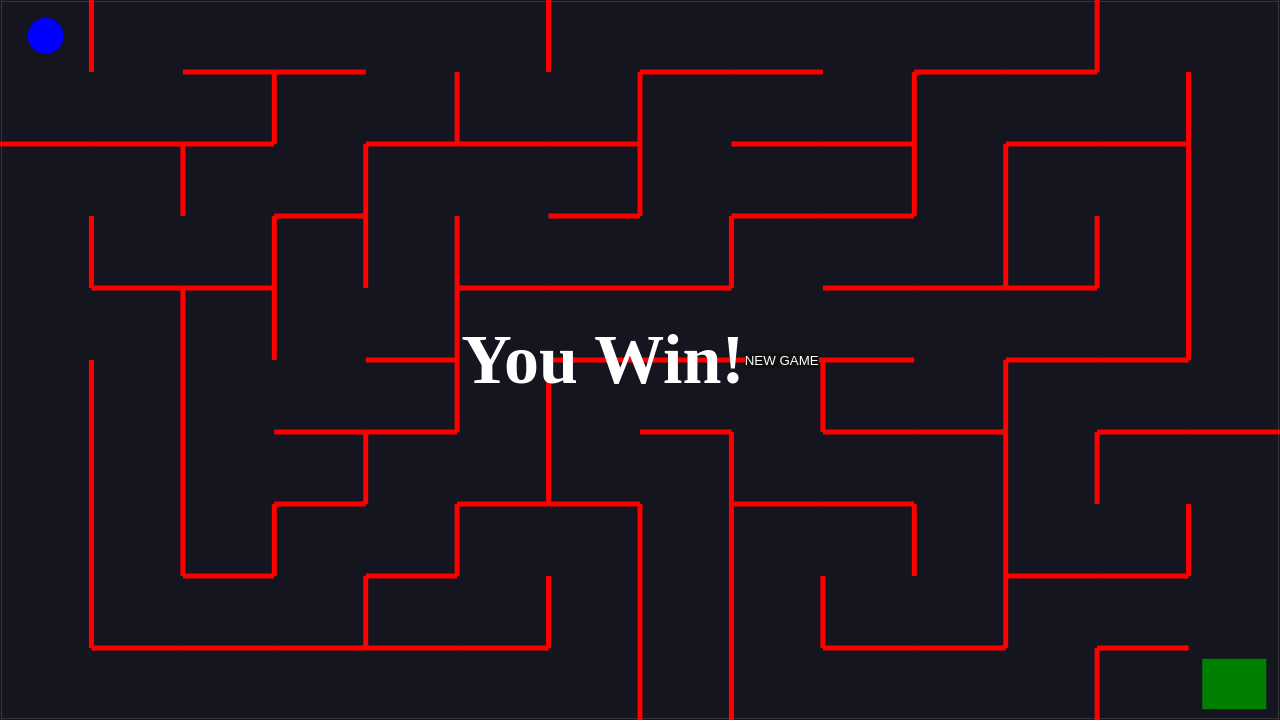
Repository: zhapar/JS-Bootcamp
Page: 3. Maze/index.html
The author's editor kept a copy of each file at every save. The page is drawn from the files as they stood at one save, then again after the next save.
The browser window is 1280 px wide. The pictures show the whole page.
Some web libraries are served in a nearby version.

Above is the page before, as saved 2020-07-17 18:12:41.

### 3. Maze/index.html
<!DOCTYPE html>
<html lang="en">
  <head>
    <meta charset="UTF-8" />
    <meta name="viewport" content="width=device-width, initial-scale=1.0" />
    <script
      src="https://cdnjs.cloudflare.com/ajax/libs/matter-js/0.14.2/matter.min.js"
      integrity="sha512-pi0tSRZdlNRZeANPwdAIHRAYg6gZZV6QlAiyHXn5TYqLzBKE9jlttO/QgYLMhISD6oNv2kPsVelx+n5nw0FqKA=="
      crossorigin="anonymous"
    ></script>
    <title>Maze</title>
    <style>
      * {
        margin: 0;
        padding: 0;
        overflow: hidden;
      }

      /* .hidden {
        display: none !important;
      } */

      .winner {
        display: flex;
        justify-content: center;
        align-items: center;
        position: absolute;
        height: 100vh;
        width: 100vw;
        z-index: 1;
      }

      h1 {
        display: block;
        color: #fff;
        font-size: 70px;
      }

      .restart {
        display: block;
        border: none;
        background-color: #111;
        color: #fff;
      }
    </style>
  </head>

  <body>
    <div class="winner hidden">
      <h1>You Win!</h1>
      <button class="restart">NEW GAME</button>
    </div>
    <script src="app.js"></script>
  </body>
</html>

### 3. Maze/app.js
const {
  Engine,
  Render,
  Runner,
  World,
  Bodies,
  Body,
  Events,
  // Mouse, *For  mouse*
  // MouseConstraint,
} = Matter;

const cellsHorizontal = 14;
const cellsVertical = 10;
const width = window.innerWidth;
const height = window.innerHeight;

const unitLengthX = width / cellsHorizontal;
const unitLengthY = height / cellsVertical;

const engine = Engine.create();

// Remove grvity from y axis
engine.world.gravity.y = 0;

const { world } = engine;
const render = Render.create({
  element: document.body,
  engine: engine,
  options: {
    wireframes: false,
    width,
    height,
  },
});

Render.run(render);
Runner.run(Runner.create(), engine);

//  ** To move shapes with mouse **
// World.add(
//   world,
//   MouseConstraint.create(engine, {
//     mouse: Mouse.create(render.canvas),
//   })
// );

// Walls
const walls = [
  Bodies.rectangle(width / 2, 0, width, 2, { isStatic: true }),
  Bodies.rectangle(width / 2, height, width, 2, { isStatic: true }),
  Bodies.rectangle(0, height / 2, 2, height, { isStatic: true }),
  Bodies.rectangle(width, height / 2, 2, height, { isStatic: true }),
];
World.add(world, walls);

// To create a random shapes
// for (let i = 0; i < 50; i++) {
//   if (Math.random() > 0.5) {
//     World.add(
//       world,
//       Bodies.rectangle(Math.random() * width, Math.random() * height, 50, 50)
//     );
//   } else {
//     World.add(
//       world,
//       Bodies.circle(Math.random() * width, Math.random() * height, 35, {
//         render: {
//           fillStyle: "red",
//         },
//       })
//     );
//   }
// }

// Maze generation

const shuffle = (arr) => {
  let counter = arr.length;

  while (counter > 0) {
    const index = Math.floor(Math.random() * counter);

    counter--;

    const temp = arr[counter];
    arr[counter] = arr[index];
    arr[index] = temp;
  }

  return arr;
};

const grid = Array(cellsVertical)
  .fill(null)
  .map(() => Array(cellsHorizontal).fill(false));

const verticals = Array(cellsVertical)
  .fill(null)
  .map(() => Array(cellsHorizontal - 1).fill(false));

const horizontals = Array(cellsVertical - 1)
  .fill(null)
  .map(() => Array(cellsHorizontal).fill(false));

const startRow = Math.floor(Math.random() * cellsVertical);
const startColumn = Math.floor(Math.random() * cellsHorizontal);

const stepThroughCell = (row, column) => {
  // If i have visited the cell at [row, column], then return
  if (grid[row][column]) {
    return;
  }

  // Mark this cell as being visited
  grid[row][column] = true;

  // Assemble randomly-ordered lisy of neighbors
  const neighbors = shuffle([
    [row - 1, column, "up"],
    [row, column + 1, "right"],
    [row + 1, column, "down"],
    [row, column - 1, "left"],
  ]);

  // For each neighbor
  for (let neighbor of neighbors) {
    const [nextRow, nextColumn, direction] = neighbor;

    // See if that neighbour out of the bounds
    if (
      nextRow < 0 ||
      nextRow >= cellsVertical ||
      nextColumn < 0 ||
      nextColumn >= cellsHorizontal
    ) {
      continue;
    }

    // If we have visited that neighbor, continue to next neighbor
    if (grid[nextRow][nextColumn]) {
      continue;
    }

    // Remove a wall from either horizontals or verticals
    if (direction === "left") {
      verticals[row][column - 1] = true;
    } else if (direction === "right") {
      verticals[row][column] = true;
    } else if (direction === "up") {
      horizontals[row - 1][column] = true;
    } else if (direction === "down") {
      horizontals[row][column] = true;
    }

    // Visit that next cell
    stepThroughCell(nextRow, nextColumn);
  }
};

stepThroughCell(startRow, startColumn);

horizontals.forEach((row, rowIndex) => {
  row.forEach((open, columnIndex) => {
    if (open) {
      return;
    }

    const wall = Bodies.rectangle(
      columnIndex * unitLengthX + unitLengthX / 2,
      rowIndex * unitLengthY + unitLengthY,
      unitLengthX,
      5,
      {
        label: "wall",
        isStatic: true,
        render: {
          fillStyle: "red",
        },
      }
    );

    World.add(world, wall);
  });
});

verticals.forEach((row, rowIndex) => {
  row.forEach((open, columnIndex) => {
    if (open) {
      return;
    }

    const wall = Bodies.rectangle(
      columnIndex * unitLengthX + unitLengthX,
      rowIndex * unitLengthY + unitLengthY / 2,
      5,
      unitLengthY,
      {
        label: "wall",
        isStatic: true,
        render: {
          fillStyle: "red",
        },
      }
    );

    World.add(world, wall);
  });
});

const goal = Bodies.rectangle(
  width - unitLengthX / 2,
  height - unitLengthY / 2,
  unitLengthX * 0.7,
  unitLengthY * 0.7,
  {
    isStatic: true,
    label: "goal",
    render: {
      fillStyle: "green",
    },
  }
);

World.add(world, goal);

const ballRadius = Math.min(unitLengthX, unitLengthY) / 4;
const ball = Bodies.circle(unitLengthX / 2, unitLengthY / 2, ballRadius, {
  label: "ball",
  render: {
    fillStyle: "blue",
  },
});
World.add(world, ball);

document.addEventListener("keydown", moveBall);

function moveBall(e) {
  const { x, y } = ball.velocity;

  if (e.keyCode === 87 || e.keyCode === 38) {
    Body.setVelocity(ball, { x, y: y - 5 });
  }
  if (e.keyCode === 68 || e.keyCode === 39) {
    Body.setVelocity(ball, { x: x + 5, y });
  }
  if (e.keyCode === 83 || e.keyCode === 40) {
    Body.setVelocity(ball, { x, y: y + 5 });
  }
  if (e.keyCode === 65 || e.keyCode === 37) {
    Body.setVelocity(ball, { x: x - 5, y });
  }
}

Events.on(engine, "collisionStart", (event) => {
  event.pairs.forEach((collision) => {
    const labels = ["ball", "goal"];

    if (
      labels.includes(collision.bodyA.label) &&
      labels.includes(collision.bodyB.label)
    ) {
      document.querySelector(".winner").classList.remove("hidden");
      world.gravity.y = 1;
      world.bodies.forEach((body) => {
        if (body.label === "wall") {
          Body.setStatic(body, false);
        }
      });
    }
  });
});

After the next save:
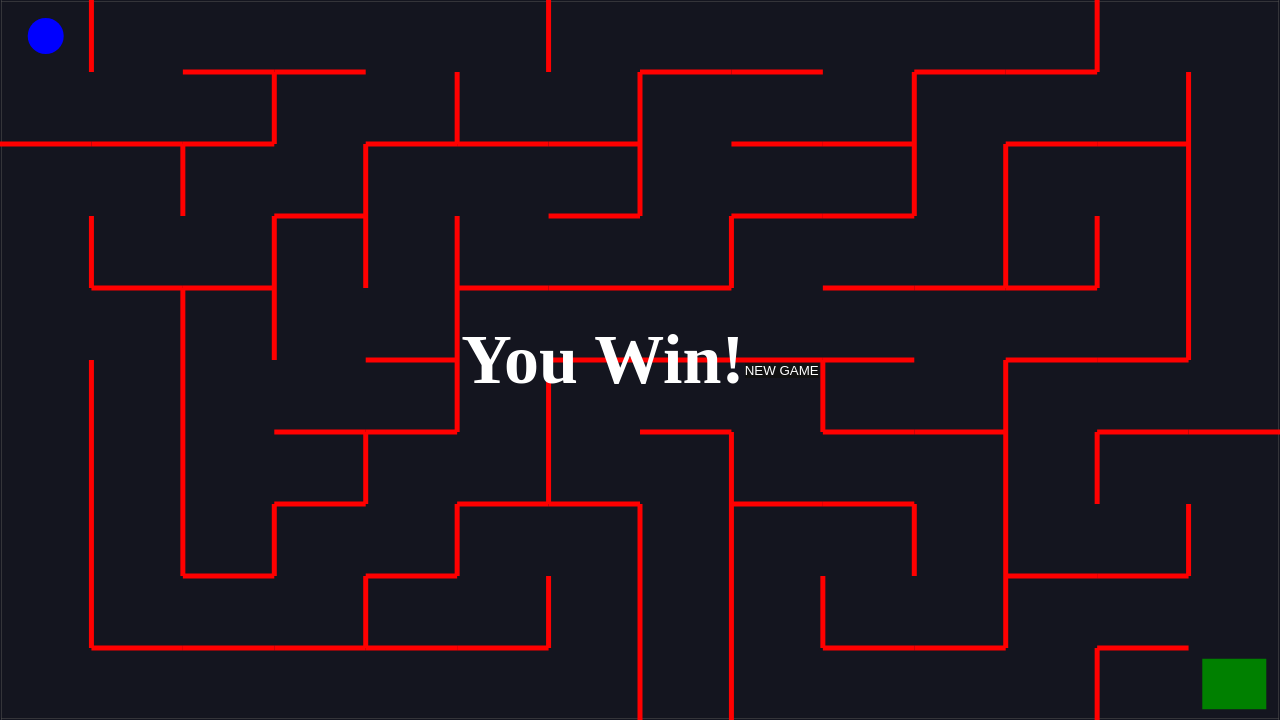
Saved 18 s later.
--- a/3. Maze/index.html
+++ b/3. Maze/index.html
@@ -31,13 +31,13 @@
       }
 
       h1 {
-        display: block;
         color: #fff;
         font-size: 70px;
       }
 
       .restart {
         display: block;
+        margin-top: 20px;
         border: none;
         background-color: #111;
         color: #fff;
